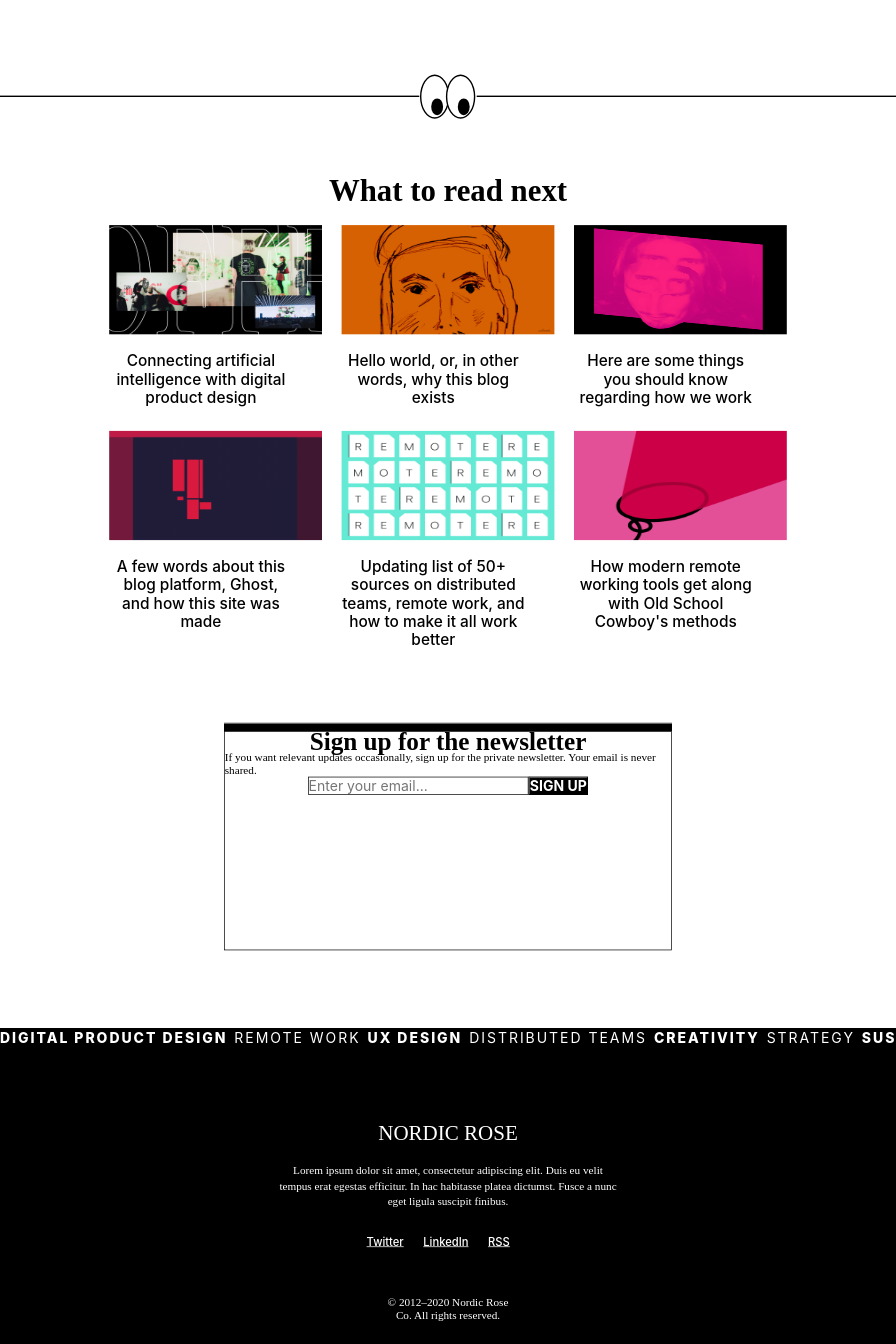
Repository: ThuTrang-jvb/JVB-BT1
Page: Page 3/article.html
The author's editor kept a copy of each file at every save. The page is drawn from the files as they stood at one save, then again after a run of saves.
The browser window is 1280 px wide. The pictures show the part of the page from y = 3931 to 5851 px (the page is 5851 px tall), at 70% of full size.

Above is the page before, as saved 2025-06-30 10:16:29.

### Page 3/article.html
<!DOCTYPE html>
<html lang="en">
<head>
    <meta charset="UTF-8">
    <meta name="viewport" content="width=device-width, initial-scale=1.0">
    <link rel="stylesheet" href="styleArticle.css">
    <link href="https://fonts.googleapis.com/css2?family=Playfair+Display&display=swap" rel="stylesheet">
    <title>Article</title>
</head>
<body>
    <div class="header">
        <h1>NORDIC ROSE</h1>
        <div class="nav">
            <p class="active">blog</p>
            <p>about</p>
            <p>links</p>
            <p>projects</p>
        </div>
        <div class="hamburger">
            <span></span>
            <span></span>
            <span></span>
        </div>
    </div>
    <hr>
    <div class="main">
        <div class="title">
            <h1>A few words about this blog platform, Ghost, and how this site was made</h1>
            <p>Why Ghost (& Figma) instead of Medium, <br> WordPress or other options?</p>
            <img src="image/image 2.png" alt="image 2">
            <hr>
        </div>
        <div class="status">
            <div class="status_img">
                <img src="image/anh_nen.png" alt="image 3">
                <div class="status_text">
                    <p class="bold_p">Mika MAtikainen</p>
                    <p>Apr 15, 2020 · 4 min read</p>
                </div>

            </div>

            <div class="share-buttons">
                <button class="share-btn" aria-label="Share on Facebook">
                    <svg width="18" height="18" viewBox="0 0 24 24" fill="#000" xmlns="http://www.w3.org/2000/svg">
                    <path d="M22 12.07C22 6.48 17.52 2 12 2S2 6.48 2 12.07c0 5 3.66 9.13 8.44 9.93v-7.03h-2.54v-2.9h2.54V9.41c0-2.5 1.49-3.89 3.77-3.89 1.09 0 2.24.2 2.24.2v2.46h-1.26c-1.24 0-1.63.77-1.63 1.56v1.87h2.78l-.44 2.9h-2.34v7.03C18.34 21.2 22 17.07 22 12.07z"/>
                    </svg>
                </button>
                <button class="share-btn" aria-label="Share on Twitter">
                    <svg width="18" height="18" viewBox="0 0 24 24" fill="#000" xmlns="http://www.w3.org/2000/svg">
                    <path d="M22.46 6c-.77.35-1.6.58-2.46.69a4.28 4.28 0 0 0 1.88-2.36 8.56 8.56 0 0 1-2.71 1.04 4.26 4.26 0 0 0-7.26 3.88 12.09 12.09 0 0 1-8.77-4.45 4.26 4.26 0 0 0 1.32 5.69 4.23 4.23 0 0 1-1.93-.53v.05a4.26 4.26 0 0 0 3.42 4.17 4.29 4.29 0 0 1-1.92.07 4.26 4.26 0 0 0 3.98 2.96A8.54 8.54 0 0 1 2 19.54 12.07 12.07 0 0 0 8.29 21.5c7.55 0 11.68-6.26 11.68-11.68 0-.18 0-.35-.01-.53A8.36 8.36 0 0 0 22.46 6z"/>
                    </svg>
                </button>
            </div>
        </div>
        <div class="caption">
            <pre>Lorem ipsum dolor sit amet, consectetur adipiscing elit. Duis eu velit
tempus erat egestas efficitur. In hac habitasse platea dictumst. Fusce a
nunc eget ligula suscipit finibus. Aenean pharetra quis lacus at viverra.

Class aptent taciti sociosqu ad litora torquent per conubia nostra, per
inceptos himenaeos. Aliquam quis posuere ligula. In eu dui molestie, molestie
lectus eu, semper lectus.</pre>
            <h2>Next on the pipeline</h2>
            <pre>Duis eu velit tempus erat egestas efficitur. In hac habitasse platea
dictumst. Fusce a nunc eget ligula suscipit finibus. Aenean pharetra
quis lacus at viverra. Class aptent taciti sociosqu ad litora torquent per
conubia nostra, per inceptos himenaeos.

Morbi efficitur auctor metus, id mollis lorem pellentesque id. Nullam
posuere maximus dui et fringilla. </pre>
            <figure>
                <img src="image/3cc5df540f70fc0ba5d96cdc94c3d237971a9b6e.jpg" alt="Rectangle 8">
                <figcaption>Image caption centered this way and I’ll make this a bit longer to indicate the amount of line-height. </figcaption>
            </figure>
            <pre>Aenean pharetra quis lacus at viverra. Class aptent taciti sociosqu ad
litora torquent per conubia nostra, per inceptos himenaeos. Aliquam
quis posuere ligula.

In eu dui molestie, molestie lectus eu, semper lectus. Proin at justo
lacinia, auctor nisl et, consequat ante. Donec sit amet nisi arcu. Morbi
efficitur auctor metus, id mollis lorem pellentesque id. Nullam
posuere maximus dui et fringilla. Nulla non volutpat leo.</pre>
            <p>A list looks like this:</p>
            <ul>
                <li>First item in the list</li>
                <li>Second item in the list lorem ipsum dolor sit amet nunc felis dolor lorem ipsum sit amet</li>
                <li>Third item in the list</li>
            </ul>
            <p>Class aptent taciti sociosqu ad litora torquent per conubia nostra, per inceptos himenaeos. Aliquam quis posuere ligula. </p>
            <p>Thanks for reading,<br>
            Mika</p>
        </div>
        <div class="links">
            <div class="share-buttons">
                <button class="share-btn" aria-label="Share on Facebook">
                    <svg width="18" height="18" viewBox="0 0 24 24" fill="#000" xmlns="http://www.w3.org/2000/svg">
                        <path d="M22 12.07C22 6.48 17.52 2 12 2S2 6.48 2 12.07c0 5 3.66 9.13 8.44 9.93v-7.03h-2.54v-2.9h2.54V9.41c0-2.5 1.49-3.89 3.77-3.89 1.09 0 2.24.2 2.24.2v2.46h-1.26c-1.24 0-1.63.77-1.63 1.56v1.87h2.78l-.44 2.9h-2.34v7.03C18.34 21.2 22 17.07 22 12.07z"/>
                        <span>Share on Facebook</span>
                    </svg>
                </button>
                <button class="share-btn" aria-label="Share on Twitter">
                    <svg width="18" height="18" viewBox="0 0 24 24" fill="#000" xmlns="http://www.w3.org/2000/svg">
                    <path d="M22.46 6c-.77.35-1.6.58-2.46.69a4.28 4.28 0 0 0 1.88-2.36 8.56 8.56 0 0 1-2.71 1.04 4.26 4.26 0 0 0-7.26 3.88 12.09 12.09 0 0 1-8.77-4.45 4.26 4.26 0 0 0 1.32 5.69 4.23 4.23 0 0 1-1.93-.53v.05a4.26 4.26 0 0 0 3.42 4.17 4.29 4.29 0 0 1-1.92.07 4.26 4.26 0 0 0 3.98 2.96A8.54 8.54 0 0 1 2 19.54 12.07 12.07 0 0 0 8.29 21.5c7.55 0 11.68-6.26 11.68-11.68 0-.18 0-.35-.01-.53A8.36 8.36 0 0 0 22.46 6z"/>
                    <span>Share on Twitter</span>
                    </svg>
                </button>
            </div>
        </div>
        <div class="tag">
            <p>Tags: <a href="#">product design</a>, <a href="#">culture</a></p>
            <hr>
            <div class="status_tag">
                <img src="image/anh_nen.png" alt="image 3">
                <div class="status_text_end">
                    <p> <b>MIKA MATIKAINEN</b> is a Design Founder & Advisor, Berlin School of Creative Leadership Executive MBA participant, Zippie advisor, Wolt co-founder, and Nordic Rose stakeholder.  </p>
                </div>

            </div>
        </div>
    </div>
    <div class="divider">
        <div class="path"></div>
        <div class="eyes">
            <div class="eye eye-left">
                <div class="pupil"></div>
            </div>
            <div class="eye eye-right">
                <div class="pupil"></div>
            </div>
        </div>
        <div class="path"></div>
    </div>
    <div>
        <h3>What to read next</h3>
        <div class="image">
            <div class="image_line">
                <img src="image/image1.png" alt="Rectangle 4">
                <p>Connecting artificial intelligence with digital product design</p>
            </div>
            <div class="image_line">
                <img src="image/image2.png" alt="Rectangle 11">
                <p>Hello world, or, in other words, why this blog exists</p>
            </div>
            <div class="image_line">
                <img src="image/image.png" alt="Rectangle 10">
                <p>Here are some things you should know regarding how we work </p>
            </div>
        </div>
        <div class="image_desktop">
            <div class="image_line">
                <img src="image/image13.png" alt="Rectangle 37">
                <p>A few words about this blog platform, Ghost, and how this site was made</p>
            </div>
            <div class="image_line">
                <img src="image/image12.png" alt="Rectangle 39">
                <p>Updating list of 50+ sources on distributed teams, remote work, and how to make it all work better</p>
            </div>
            <div class="image_line">
                <img src="image/image11.png" alt="Rectangle 38">
                <p>How modern remote working tools get along with Old School Cowboy's methods</p>
            </div>
        </div>
    </div>
    <hr>
    <div class="frame">
        <p class="sign">Sign up for the newsletter</p>
        <p>If you want relevant updates occasionally, sign up for the private newsletter. Your email is never shared. </p>
        <div class="email">
            <input type="email" placeholder="Enter your email...">
            <button>SIGN UP</button>
        </div>
    </div>



    <div class="footer">
        <div class="line-wrap">
            <div class="line">
                <span class="bold">Digital product design</span>
                <span>Remote work</span>
                <span class="bold">UX design</span>
                <span>Distributed teams</span>
                <span class="bold">Creativity</span>
                <span>Strategy</span>
                <span class="bold">Suspense</span>
                <span>Growth</span>
            </div>
        </div>
        <p class="logo">NORDIC ROSE</p>
        <p class="para">Lorem ipsum dolor sit amet, consectetur adipiscing elit. Duis eu velit tempus erat egestas efficitur. In hac habitasse platea dictumst. Fusce a nunc eget ligula suscipit finibus. </p>
        <div class="info">
            <p>Twitter</p>
            <p>LinkedIn</p>
            <p>RSS</p>
        </div>
        <p class="year">© 2012–2020 Nordic Rose Co. All rights reserved. </p>
    </div>
</body>
</html>

### Page 3/styleArticle.css
 * {
    margin: 0;
    padding: 0;
    box-sizing: border-box;
 }
.header {
    width: 100%;
    max-width: 1440px;
    height: auto;
    box-sizing: border-box;
    justify-content: space-between;
    align-items: center;
    display: flex;
    gap: 476.59px;
    padding: 52.54px 61px 40px 63.58px;
    height: 134px;
}
.header h1 {
    font-weight: 400;
    font-size: 30px;
}
.hamburger {
  display: none;
  flex-direction: column;
  gap: 5px;
  cursor: pointer;
}

.hamburger span {
  width: 25px;
  height: 3px;
  background-color: black;
  display: block;
  border-radius: 2px;
}
.nav {
    display: flex;
    justify-content: center;
    gap: 34px;
}
.nav p {
    position: relative;
    font-family: New York Small;
    font-weight: 500;
    font-size: 20px;
    line-height: 170%;
    letter-spacing: 2.8px;
    text-align: center;
    text-transform: uppercase;
    margin: 0;
    text-decoration: none;

}

.nav p.active::after {
    content: "";
    position: absolute;
    bottom: -43px;
    left: 50%;
    transform: translateX(-50%);
    width: 50px;
    height: 2px;
    background-color: #000;
}

hr {
  width: 100vw;
  border: none;
  border-top: 1px solid #ccc;
  margin: 0;
}
.title img {
    width: 100vw;
    height: auto;
    display: block;
    padding-bottom: 44px;
    margin: 0 auto;
}
.title h1 {
    font-family: New York Extra Large;
    font-weight: 700;
    font-size: 54px;
    line-height: 100%;
    letter-spacing: 0%;
    text-align: center;
    margin: 0 auto;
    max-width: 858px;
    padding-top: 52px;
    padding-bottom: 32px;
}
.title p {
    font-family: SF Mono;
    font-weight: 400;
    font-size: 20px;
    line-height: 170%;
    letter-spacing: 0%;
    text-align: center;
    max-width: 592px;
    margin: 0 auto;
    padding-bottom: 52px;

}
.title hr {
    border: 2px solid #000000;
    width: 640px;
    display: block;
    margin: 0 auto;
}
.status_img img {
    width: 56px;
    height: 56px;
    object-fit: cover;
    border-radius: 50%;
}
.share-buttons {
    display: flex;
    border: 2px solid #e0e0e0;
    border-radius: 5px;
    overflow: hidden;
    width: fit-content;
    background-color: #fff;
    margin-left: 273px;
    margin-top: 1px;
}
.share-btn {
    border: none;
    padding: 12.04px 25px;
    background: transparent;
    cursor: pointer;
    display: flex;
    align-items: center;
    justify-content: center;
    outline: none;
    gap: 16px;
}

.share-btn + .share-btn {
    border-left: 1px solid #e0e0e0;
}

.share-btn svg {
    width: 20px;
    height: 20px;
}
.status {
    display: flex;
    justify-content: center;
    align-items: center;
}
.status_img {
    display: flex;
    align-items: center;
    gap: 5px;
    padding-top: 24px;
    padding-bottom: 53px;
}
.bold_p {
    max-width: 191px;
    font-family: SF Pro Text;
    font-weight: 700;
    font-size: 16px;
    line-height: 100%;
    letter-spacing: 5%;
    text-transform: uppercase;
}
.status_text p {
    font-family: SF Pro Text;
    font-weight: 400;
    font-size: 16px;
    line-height: 100%;
    letter-spacing: 0%;
}
.status_text {
    padding-top: 5px;
}
.caption pre{
    text-align: left;
    margin: 0 auto;
    max-width: 640px;
    font-family: 'SF Pro Text', 'New York Medium', serif;
    font-weight: 400;
    font-size: 20px;
    line-height: 170%;
    letter-spacing: 0%;

}

.caption h2 {
    font-family: SF Pro Display;
    font-weight: 700;
    font-size: 32px;
    line-height: 160%;
    letter-spacing: 0%;
    padding-top: 57px;
    padding-bottom: 24px;
    text-align: left;
    max-width: 640px;
    margin: 0 auto;
}
.caption img {
    width: 854px;
    height: 570px;
    display: block;
    margin: 0 auto;
    padding-top: 52px;
    padding-bottom: 12px;
}
figcaption {
    max-width: 481px;
    text-align: center;
    margin: 0 auto;
    padding-bottom: 52px;
}
.caption p {
    font-family: New York Medium;
    font-weight: 400;
    font-size: 20px;
    line-height: 170%;
    letter-spacing: 0%;
    text-align: left;
    margin: 0 auto;
    max-width: 640px;
    padding-top: 52px;
}
li {
    font-family: New York Medium;
    font-weight: 400;
    font-size: 20px;
    line-height: 170%;
    letter-spacing: 0%;
    text-align: left;
    margin: 0 auto;
    max-width: 588px;
}
ul {
    padding-top: 19px;
}
.links {
    display: block;
    margin: 0 auto;
    padding-top: 77px;

}
.links .share-buttons{
    margin: 0 auto;
}
.links .share-btn {
    padding: 19px 70px;
}
.tag p {
    max-width: 640px;
    text-align: left;
    margin: 0 auto;
    padding-top: 32px;
    padding-bottom: 34px;
    font-family: SF Pro Text;
    font-weight: 500;
    font-size: 16px;
    line-height: 100%;
    letter-spacing: 3%;

}
.tag hr {
    border: 1px dotted #000000;
    width: 640px;
    display: block;
    margin: 0 auto;
}
.status_text_end {
    display: flex;
    max-width: 543px;
    text-align: left;
    margin: 0 auto;
    font-family: SF Pro Text;
    font-weight: 400;
    font-size: 16px;
    line-height: 160%;
    letter-spacing: 5%;

}
.status_tag img {
    width: 70px;
    height: 70px;
    object-fit: cover;
    border-radius: 50%;
}
.status_tag {
    display: flex;
    align-items: center;
    gap: 24px;
    max-width: 640px;
    margin: 0 auto;
}



.footer {
    background-color: #000000;
    color: white;
    text-align: center;
    padding-bottom:32px;
}
.bold {
    font-weight: 800;
}
.line {
    display: flex;
    flex-wrap: nowrap;
    overflow-x: auto;
    max-width: 100%;
    letter-spacing: 2.8px;
    white-space: nowrap;
    padding-bottom: 105.12px;
    scrollbar-width: none;
    gap: 10px;
}
.line::-webkit-scrollbar {
    display: none;
}
.line-wrapper {
  width: 100vw;
  overflow-x: auto;
}
.line span {
    font-family: SF Pro Text;
      font-size: 20px;
      color: #fff;
      text-transform: uppercase;
      display: inline-flex;
      flex-wrap: nowrap;
      justify-content: center;
      flex-shrink: 0;
      line-height: 28px;
}
    .divider {
      display: flex;
      align-items: center;
      justify-content: center;
      margin: 100px 0 40.71px;
    }

    .path {
      flex: 1;
      height: 2.5px;
      background-color: black;
    }

    .eyes {
      display: flex;
      width: 82px;
      height: 64px;
      align-items: center;
      position: relative;
    }

    .eye {
      width: 42.29px;
      height: 62.86px;
      background: white;
      border: 2.5px solid black;
      border-radius: 50%;
      position: absolute;
    }

    .eye-left {
      left: 0.5px;
    }

    .eye-right {
      left: 38px;
    }

    .pupil {
      width: 17.14px;
      height: 24.29px;
      background: black;
      border-radius: 50%;
      position: absolute;
      top: 55%;
      left: 38%;
    }
.image, .image_desktop {
    display: grid;
    grid-template-columns: repeat(3, 0fr);
    justify-content: center;
    gap: 28px
}
.image_line img {
    width: 304px;
    height: 176px;
    padding-bottom: 20px;
}
.image_line p {
    font-family: SF Pro Display;
    font-weight: 500;
    font-size: 22px;
    line-height: 120%;
    letter-spacing: 0%;
    text-align: center;
    max-width: 262px;
    padding-bottom: 34px;
}
h3 {
    font-family: New York Extra Large;
    font-weight: 700;
    font-size: 44px;
    line-height: 100%;
    letter-spacing: 0%;
    text-align: center;
    padding-top: 40.71px;
    padding-bottom: 27px;
}
.email {
    display: flex;
    justify-content: center;
}
.frame {
    width: 640px;
    height: 313px;
    border: 1px solid #000000;
    display: block;
    margin: 0 auto 111px;
}
hr {
    background: #000000;
    width: 640px;
    height: 12px;
    display: block;
    margin: 0 auto;
    margin-top: 71px;
}
button {
    background-color: #000000;
    color: white;
    font-family: SF Pro Text;
    font-weight: 700;
    font-size: 20px;
    line-height: 100%;
    letter-spacing: 5%;
    text-align: center;
    text-transform: uppercase;
}
input {
    border: 1px solid #000000;
    font-family: SF Pro Text;
    font-weight: 400;
    font-size: 20px;
    line-height: 100%;
    letter-spacing: 0%;
}
.sign {
    font-family: New York Extra Large;
    font-weight: 700;
    font-size: 36px;
    line-height: 28px;
    letter-spacing: 0%;
    text-align: center;
    padding-top: ;
}









.footer h1 {
    padding-bottom: 25.58px;
}
.para {
    font-family: New York Small;
    font-weight: 400;
    font-size: 16px;
    line-height: 140%;
    text-align: center;
    max-width: 488px;
    padding-bottom: 32px;
    margin: 0 auto;
}
.info {
    display: flex;
    justify-content: center;
    max-width: 209px;
    padding-bottom: 64px;
    margin: 0 auto;
}

.info p {
    margin: 0;
    font-family: SF Pro Text;
    font-weight: 500;
    font-size: 16px;
    line-height: 170%;
    text-decoration: underline;
    padding-right: 28px;
}
.logo {
    margin: 0;
    font-weight: 400;
    font-size: 30px;
    padding-bottom: 25.58px;
}
.footer .year {
    max-width: 178px;
    text-align: center;
    margin: 0 auto;
}
@media screen and (max-width: 767px) {
    .header {
        padding: 24px 20px;
        gap: 0;
    }

    .nav {
        display: none;
    }

    .hamburger {
        display: flex;
    }
    hr {
        width: 100%;
    }
    .main {
        padding: 52px 0 0 0;
    }

    .title img {
        width: 100%;
        height: auto;
        display: block;
        margin: 0;
    }

    .title h1 {
        font-size: 36px;
        max-width: 100%;
        text-align: center;
        padding-bottom: 24px;
        margin: 0 auto;
    }

    .title p {
        font-size: 16px;
        max-width: 90%;
        text-align: center;
        padding-bottom: 36px;
    }

    .title hr {
        width: 90%;

    }




    .line {
        margin: 0;
        padding-bottom: 32px;
        justify-content: flex-start;
        max-width: 100vw;
        overflow-x: auto;
    }

    .line span {
        font-size: 14px;
        line-height: 24px;
    }

    .logo {
        font-size: 20px;
        padding-bottom: 16px;
    }

    .para {
        font-size: 14px;
        padding-bottom: 32px;
        margin: 0 auto;
        max-width: 90%;
    }

    .info {
        justify-content: center;
        gap: 16px;
        font-size: 14px;
        padding-bottom: 64px;
        max-width: 100%;
    }

    .footer .year {
        font-size: 12px;
        padding: 0 16px;
    }
}

After the next 3 saves:
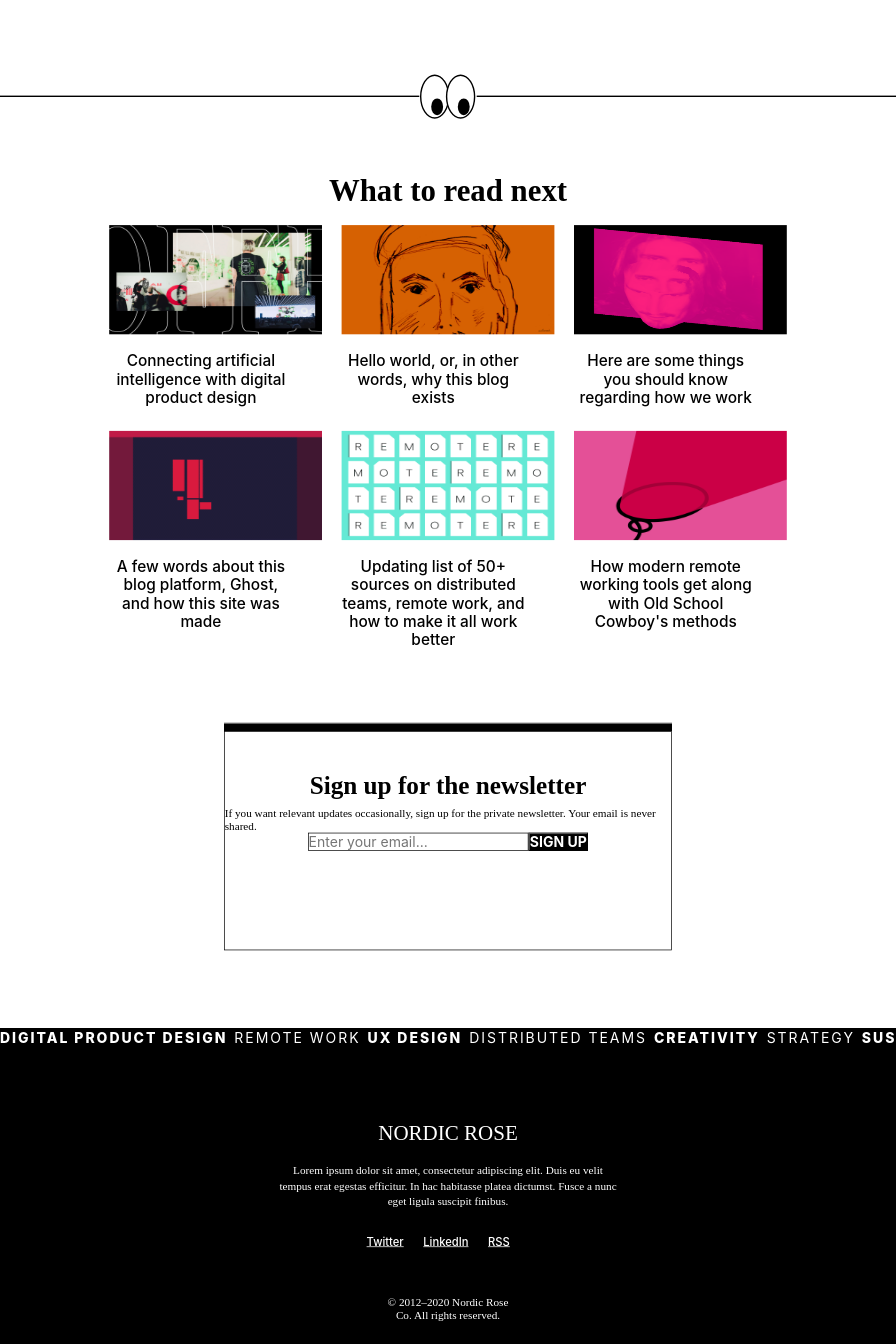
The 3 saves are shown as one change because they came seconds apart.
The last was saved 7 s later.
--- a/Page 3/styleArticle.css
+++ b/Page 3/styleArticle.css
@@ -455,7 +455,8 @@ input {
     line-height: 28px;
     letter-spacing: 0%;
     text-align: center;
-    padding-top: ;
+    padding-top: 62px;
+    padding-bottom: 18px;
 }
 
 
